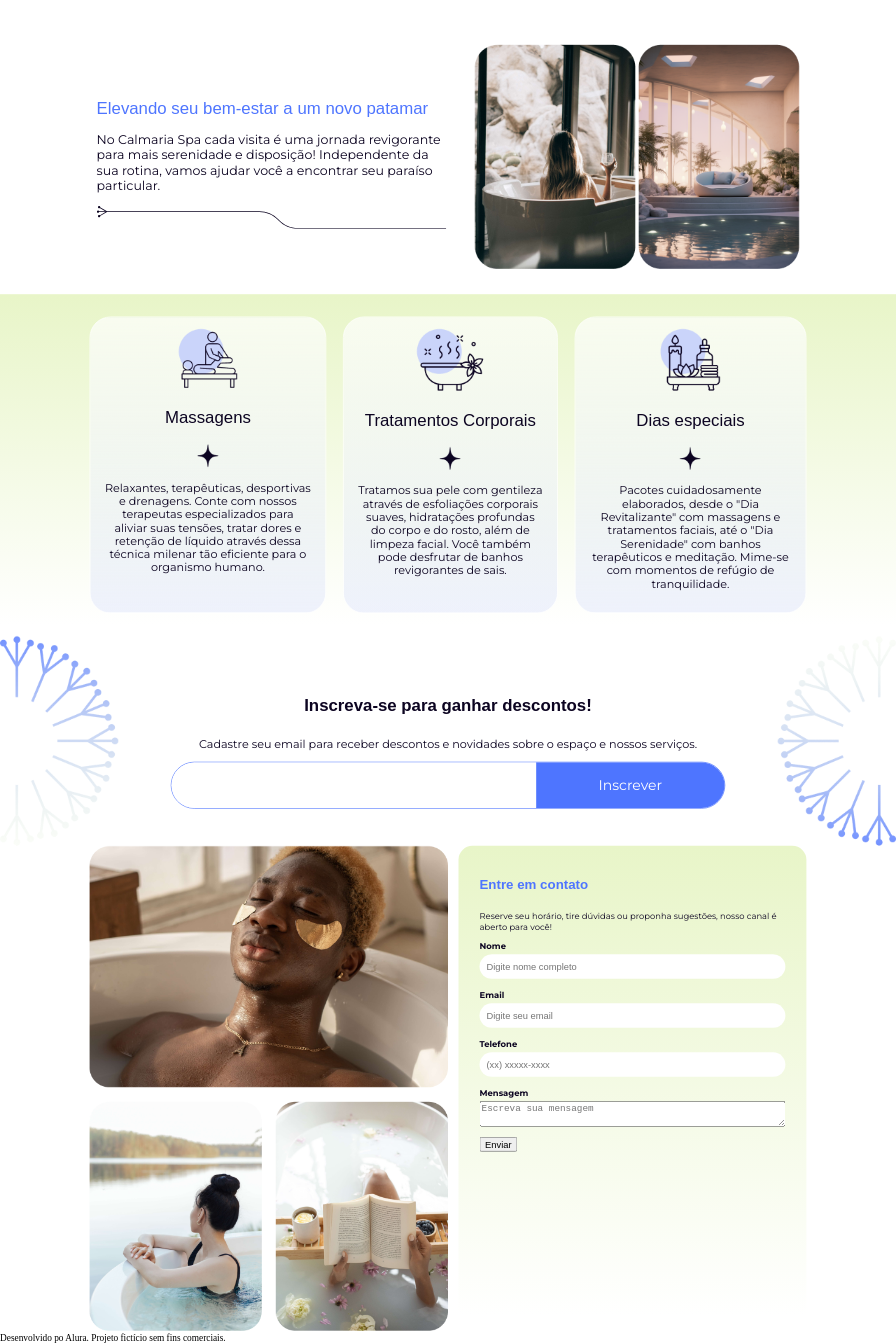
Repository: joaoPraiaJunior/curso-sass
Page: index.html
An editor plug-in stored every save of this project. The page is shown before and after the next save, followed by the edit.
The browser window is 1280 px wide. The pictures show the part of the page from y = 1175 to 3095 px (the page is 3095 px tall), at 70% of full size.
Some web fonts or font styles are not loaded; a fallback is used. The style sheet was rebuilt from its Sass, Less or Tailwind sources for each picture, by a compiler version that may differ from the author's.

Above is the page before, as saved 2024-07-06 19:39:30.

### index.html
<!DOCTYPE html>
<html lang="pt-BR">

<head>
    <meta charset="UTF-8">
    <meta name="viewport" content="width=device-width, initial-scale=1.0">
    <link rel="stylesheet" href="/styles/styles.css">
    <link rel="preconnect" href="https://fonts.googleapis.com">
    <link rel="preconnect" href="https://fonts.gstatic.com" crossorigin>
    <link href="https://fonts.googleapis.com/css2?family=Krona+One&family=Montserrat:wght@400;600;700&display=swap" rel="stylesheet">
    <title>Calmaria</title>
</head>

<body>
    <header>
        <img src="./assets/logo.png" alt="logo">
        <nav>
            <ul>
                <li><a href="#nosso-espaco">Nosso espaço</a></li>
                <li><a href="#servico">Servicos</a></li>
                <li><a href="#contatos">Contato</a></li>
            </ul>
        </nav>
    </header>
    <main>
        <section id="home">
            <div class="home-conteudo">
                <div class="textos-home">
                    <h1>Boas-vindas ao seu refúgio de <span> paz e bem-estar</span></h1>
                    <button class="btn-main">Quero relaxar!</button>
                </div>
                <div class="img-home">
                    <img src="/assets/home-image.png" alt="Mulher de bruços recebendo massagem nas costas">
                </div>
            </div>
        </section>
        <section id="nosso-espaco">
            <div class="detalhes">
                <div class="imgs-espaco">
                    <img class="img-espaco" src="/assets/espaco-1.png" alt="Espaço iluminado pelo sol com design futurista composto por piscina e plantas">
                </div>
                <div class="espaco-textos">
                    <h2 class="titulo">Tecnologia e natureza potencializando seu relaxamento</h2>
                    <p class="infos">Oferecemos equipamentos de ponta, produtos certificados e uma equipe de
                        profissionais ultra qualificados para dissipar seu estresse e ajudar você na busca por
                        equilíbrio e tranquilidade.</p>
                    <img class="separador" src="./assets/separador-direita.svg" alt="separador de seções">
                </div>
            </div>
            <div class="detalhes">
                <div class="imgs-espaco">
                    <img class="img-espaco" src="/assets/espaco-2.png" alt="Mulher sentada numa banheira com uma taça na mão">
                    <img class="img-espaco" src="/assets/espaco-3.png" alt="Espaço com uma piscina e um sofá ao fundo">
                </div>
                <div class="espaco-textos">
                    <h2 class="titulo">Elevando seu bem-estar a um novo patamar</h2>
                    <p class="infos">No Calmaria Spa cada visita é uma jornada revigorante para mais serenidade e
                        disposição! Independente da sua rotina, vamos ajudar você a encontrar seu paraíso
                        particular.</p>
                    <img class="separador" src="./assets/separador-esquerda.svg" alt="separador de seções">
                </div>
            </div>
        </section>
        <section id="servico">

            <div class="cards">
                <div class="card">
                    <img src="/assets/icon-massagem.png" alt="Icone de massagem">
                    <h3 class="card-titulo">Massagens</h3>
                    <img src="./assets/Soft-Star.png" alt="soft star">
                    <p class="card-texto">Relaxantes, terapêuticas, desportivas e drenagens. Conte com nossos
                        terapeutas especializados para aliviar suas tensões, tratar dores e retenção de líquido
                        através
                        dessa técnica milenar tão eficiente para o organismo humano.</p>
                </div>
                <div class="card">
                    <img src="/assets/icon-tratamentos.png" alt="Icone de tratamento com figura de uma banheira">
                    <h3 class="card-titulo">Tratamentos Corporais</h3>
                    <img src="./assets/Soft-Star.png" alt="soft star">
                    <p class="card-texto">Tratamos sua pele com gentileza através de esfoliações corporais suaves,
                        hidratações profundas do corpo e do rosto, além de limpeza facial. Você também pode
                        desfrutar de
                        banhos revigorantes de sais.</p>
                </div>
                <div class="card">
                    <img src="/assets/icon-dias-especiais.png" alt="Icone de Dias especiais com figura de produtos">
                    <h3 class="card-titulo">Dias especiais</h3>
                    <img src="./assets/Soft-Star.png" alt="soft star">
                    <p class="card-texto">Pacotes cuidadosamente elaborados, desde o "Dia Revitalizante" com
                        massagens e tratamentos faciais, até o "Dia Serenidade" com banhos terapêuticos e meditação.
                        Mime-se com momentos de refúgio de tranquilidade.</p>
                </div>
            </div>

        </section>
        <section id="desconto">
            <img src="/assets/mandala-esquerda.png" alt="Mandala lado esquerdo">
            <div class="desconto-form">
                <h4>Inscreva-se para ganhar descontos!</h4>
                <p>Cadastre seu email para receber descontos e novidades sobre o espaço e nossos serviços.</p>
                <div class="input-btn">
                    <input type="email">
                    <button type="submit">Inscrever</button>
                </div>
            </div>
            <img src="/assets/mandala-direita.png" alt="Mandala lado direito">
        </section>
        <section id="contatos">
            <div class="contatos-imgs">
                <img src="/assets/contato-img-1.png" alt="Homem deitado em banheira">
                <img src="/assets/contato-img-2.png" alt="Mulher olhando para o horizonte dentro de uma banheira">
                <img src="/assets/contato-img-3.png" alt="Visão superior de um livro nas mãos de uma pessoa dentro de uma banheira">
            </div>
            <div class="contatos-form">
                <h4 class="titulo">Entre em contato</h4>
                <p class="infos">Reserve seu horário, tire dúvidas ou proponha sugestões, nosso canal é aberto para
                    você!</p>
                <form class="inputs">
                    <div class="form-group">
                        <label for="nomeContato">Nome</label>
                        <input type="text" id="nomeContato" placeholder="Digite nome completo">
                    </div>
                    <div class="form-group">
                        <label for="emailContato">Email</label>
                        <input type="email" id="emailContato" placeholder="Digite seu email">
                    </div>
                    <div class="form-group">
                        <label for="telefoneContato">Telefone</label>
                        <input type="text" id="telefoneContato" placeholder="(xx) xxxxx-xxxx">
                    </div>
                    <div class="form-group">
                        <label for="mensagemContato">Mensagem</label>
                        <textarea id="mensagemContato" placeholder="Escreva sua mensagem"></textarea>
                    </div>
                    <button class="btn">Enviar</button>
                </form>
            </div>
        </section>
    </main>
    <footer>
        <small>Desenvolvido po Alura. Projeto fictício sem fins comerciais.</small>
    </footer>
</body>

</html>

### styles/styles.scss
@use './abstract/root';

@use './components/header';
@use './components/home';
@use './components/nosso-espaco';
@use './components/servicos';
@use './components/desconto';
@use './components/contato';

### styles/abstract/_root.scss
html {
  font-size: 62.5%;
}

body {
  font-size: 1.6rem;
  margin: 0;
  padding: 0;
  box-sizing: border-box;
}

### styles/components/_header.scss
@use "../abstract/variaveis";
@use "../abstract/mixins";

header {
  display: flex;
  flex-direction: column;
  align-items: center;
  gap: 1.6rem;
  background-color: variaveis.$cor-quaternaria;
  padding: 3.2rem;

  nav {
    border-top: 1px solid variaveis.$cor-primaria;
    width: 80%;

    ul {
      display: flex;
      justify-content: center;
      gap: 4.8rem;
      padding: 0;
      li {
        list-style-type: none;
        a {
            @include mixins.estilos-fontes(variaveis.$ft-textos, 2.2rem, variaveis.$cor-primaria);
          font-weight: 500;
          text-decoration: none;
          transition: all .1s ease-in-out;
          &:hover {
            font-weight: bolder;
          }
        }
      }
    }
  }
}

### styles/abstract/_variaveis.scss
//Variáveis
//Cores
$cor-primaria: #0C0421;
$cor-secundaria: #4e75ff;
$cor-terciaria: #85a0ff;
$cor-quaternaria: #E8F5C8;
$cor-default: #CAD4FA;
$gradiente-primario: linear-gradient(180deg, #E8F5C8 0%, #FFFFFF 96.87%);
$gradiente-secundario: linear-gradient(180deg, rgba(255, 255, 255, 0.7) 0%, rgba(202, 212, 250, 0.3) 100%);
//Fontes
$ft-textos: 'Montserrat', sans-serif;
$ft-titulos: 'Krona One', sans-serif;

### styles/abstract/_mixins.scss
@mixin margem-centralizada($width) {
    width: $width;
    margin: 0 auto;
}

@mixin estilos-fontes($font-family, $font-size, $font-color) {
    font-family: $font-family;
    font-size: $font-size;
    color: $font-color;
}

### styles/components/_home.scss
@use "../abstract/variaveis";
@use "../abstract/mixins";

#home {
  background: variaveis.$gradiente-primario;

  .home-conteudo {
    display: flex;
    align-items: center;
    @include mixins.margem-centralizada(80%);
    max-width: 1040px;
    .textos-home {
      max-width: 464px;
      h1 {
        font-family: variaveis.$ft-titulos;
        font-size: 4.2rem;
        color: variaveis.$cor-primaria;
        margin-bottom: 3.2rem;
        span {
          color: variaveis.$cor-secundaria;
        }
      }

      .btn-main {
        font-family: variaveis.$ft-textos;
        font-size: 2.2rem;
        font-weight: 600;
        color: variaveis.$cor-quaternaria;
        background-color: variaveis.$cor-secundaria;
        width: 28rem;
        border: none;
        padding: 2.4rem;
        border-radius: 40px;
        cursor: pointer;
        transition: all .3s ease-in-out;

        &:hover {
          color: variaveis.$cor-primaria;
          background-color: variaveis.$cor-default;
        }
      }
    }

    .img-home {
      max-width: 474px;
      img {
        width: 100%;
      }
    }
  }
}

### styles/components/_nosso-espaco.scss
@use "../abstract/variaveis";
@use "../abstract/mixins";

#nosso-espaco {
    @include mixins.margem-centralizada(80%);
    .detalhes {
        display: inline-flex;
        align-items: center;
        justify-content: space-around;
        gap: 2rem;
        width: 100%;
        padding: 3.2rem 0;
        .imgs-espaco {
            max-width: 500px;
        }

        .espaco-textos {
            @extend .imgs-espaco;
            .titulo {
                @include mixins.estilos-fontes(variaveis.$ft-titulos, 2.4rem, variaveis.$cor-secundaria);
                font-weight: 500;
            }

            .infos {
                @include mixins.estilos-fontes(variaveis.$ft-textos, 1.8rem, variaveis.$cor-primaria);
            }
            .separador {
                width: 100%;
            }
        }
        &:nth-child(2) {
            flex-direction: row-reverse;
        }
    }
}

### styles/components/_servicos.scss
@use "../abstract/variaveis";
@use "../abstract/mixins";

#servico {
    background: variaveis.$gradiente-primario;

    .cards {
        display: flex;
        gap: 2.4rem;
        @include mixins.margem-centralizada(80%);
        padding: 3.2rem 0;

        .card {
            background: variaveis.$gradiente-secundario;
            text-align: center;
            border: 1px solid #fff;
            padding: 1.6rem 2rem;
            border-radius: 3rem;

            &-titulo {
                @include mixins.estilos-fontes(variaveis.$ft-titulos, 2.4rem, variaveis.$cor-primaria);
                font-weight: 500;
            }
            &-texto {
                @include mixins.estilos-fontes(variaveis.$ft-textos, 1.6rem, variaveis.$cor-primaria);
            }
        }
    }
}

### styles/components/_desconto.scss
@use "../abstract/variaveis";
@use "../abstract/mixins";

#desconto {
  display: flex;
  align-items: center;
  justify-content: space-between;
  text-align: center;

  h4 {
    @include mixins.estilos-fontes(
      variaveis.$ft-titulos,
      2.4rem,
      variaveis.$cor-primaria
    );
  }
  p {
    @include mixins.estilos-fontes(
      variaveis.$ft-textos,
      1.6rem,
      variaveis.$cor-primaria
    );
  }

  .input-btn {
    display: inline-flex;
    $largura-input: 790px;
    width: $largura-input;
    height: 65px;
    margin: 0 auto;
    border: 1px solid variaveis.$cor-secundaria;
    border-radius: 65px;

    input {
        @include mixins.estilos-fontes(variaveis.$ft-textos, 1.6rem, variaveis.$cor-primaria);
        width: calc($largura-input  * 0.65);
        border: none;
        padding-left: 2rem;
        border-radius: 65px 0 0 65px;
        outline: none;
    }
    button {
        background-color: variaveis.$cor-secundaria;
        @include mixins.estilos-fontes(variaveis.$ft-textos, 2rem, #fff);
        width: calc($largura-input  * 0.35);
        border: none;
        border-radius: 0 65px 65px 0;
        cursor: pointer;
    }
  }
}

### styles/components/_contato.scss
@use "../abstract/variaveis";
@use "../abstract/mixins";

#contatos {
  display: flex;
  justify-content: space-between;
  gap: 1.5rem;
  @include mixins.margem-centralizada(80%);

  .contatos-imgs {
    display: flex;
    justify-content: space-around;
    flex-direction: row;
    flex-wrap: wrap;
    gap: 2rem;
    max-width: 50%;
    img {
      width: 100%;

      &:nth-child(n + 2) {
        width: 48%;
      }
    }
  }

  .contatos-form {
    background: variaveis.$gradiente-primario;
    max-width: 50%;
    padding: 2rem 3rem;
    border-radius: 2rem;
    .titulo {
        @include mixins.estilos-fontes(variaveis.$ft-titulos, 1.9rem, variaveis.$cor-secundaria);
    }
    .infos {
        @include mixins.estilos-fontes(variaveis.$ft-textos, 1.2rem, variaveis.$cor-primaria);
    }

    .inputs {
        display: flex;
        flex-direction: column;
        align-items: flex-start;
        gap: 1.5rem;
        .form-group {
            display: flex;
            flex-direction: column;
            gap: .5rem;
            width: 100%;
            label {
                @extend .infos;
                font-weight: bolder;
            }

            input {
                border: none;
                padding: 1rem;
                border-radius: 25px;
                outline-color: variaveis.$cor-secundaria;
            }
        }
    }
  }
}

After the next save:
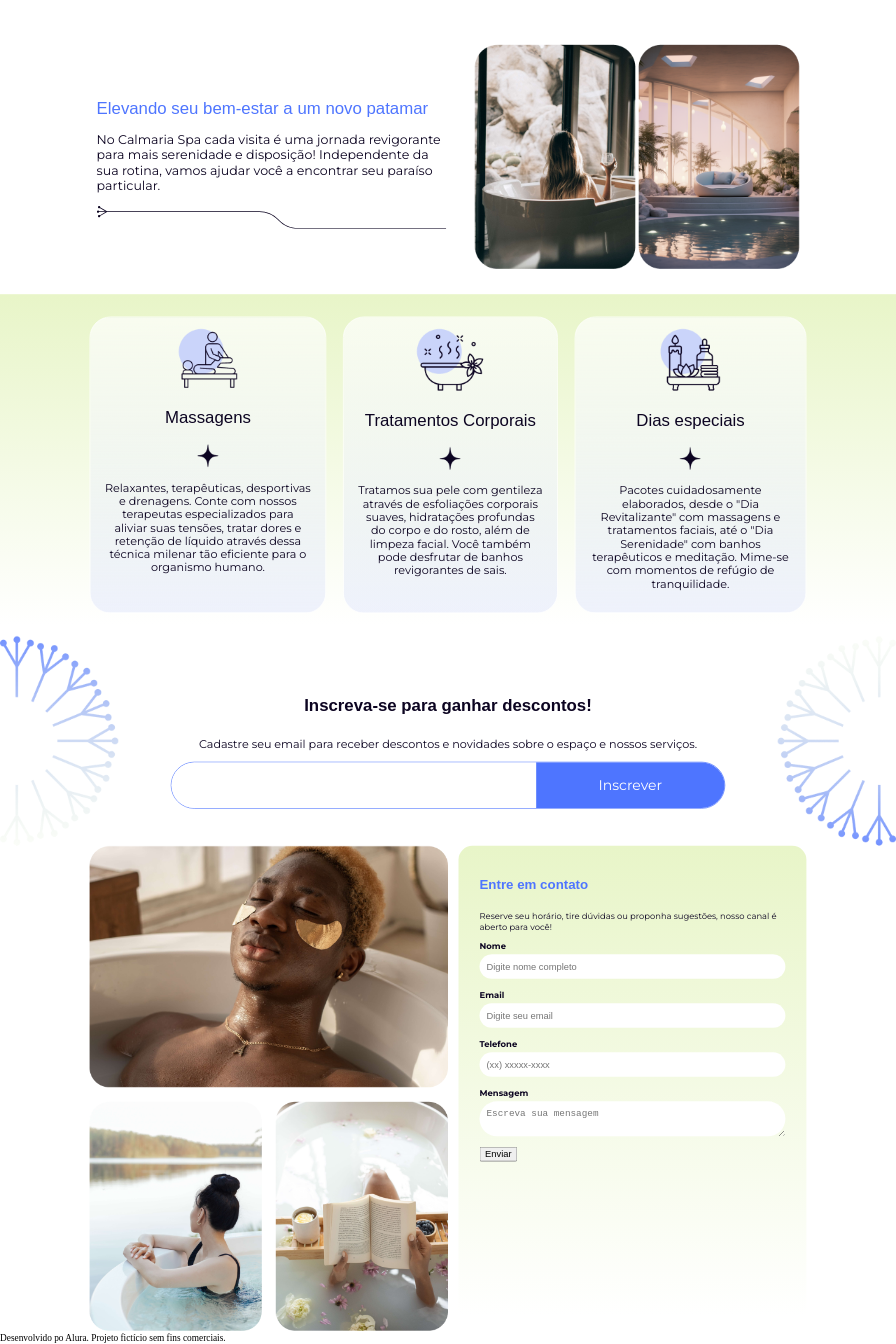
Saved 56 s later.
--- a/styles/components/_contato.scss
+++ b/styles/components/_contato.scss
@@ -56,6 +56,10 @@
                 border-radius: 25px;
                 outline-color: variaveis.$cor-secundaria;
             }
+
+            textarea {
+                @extend input;
+            }
         }
     }
   }
